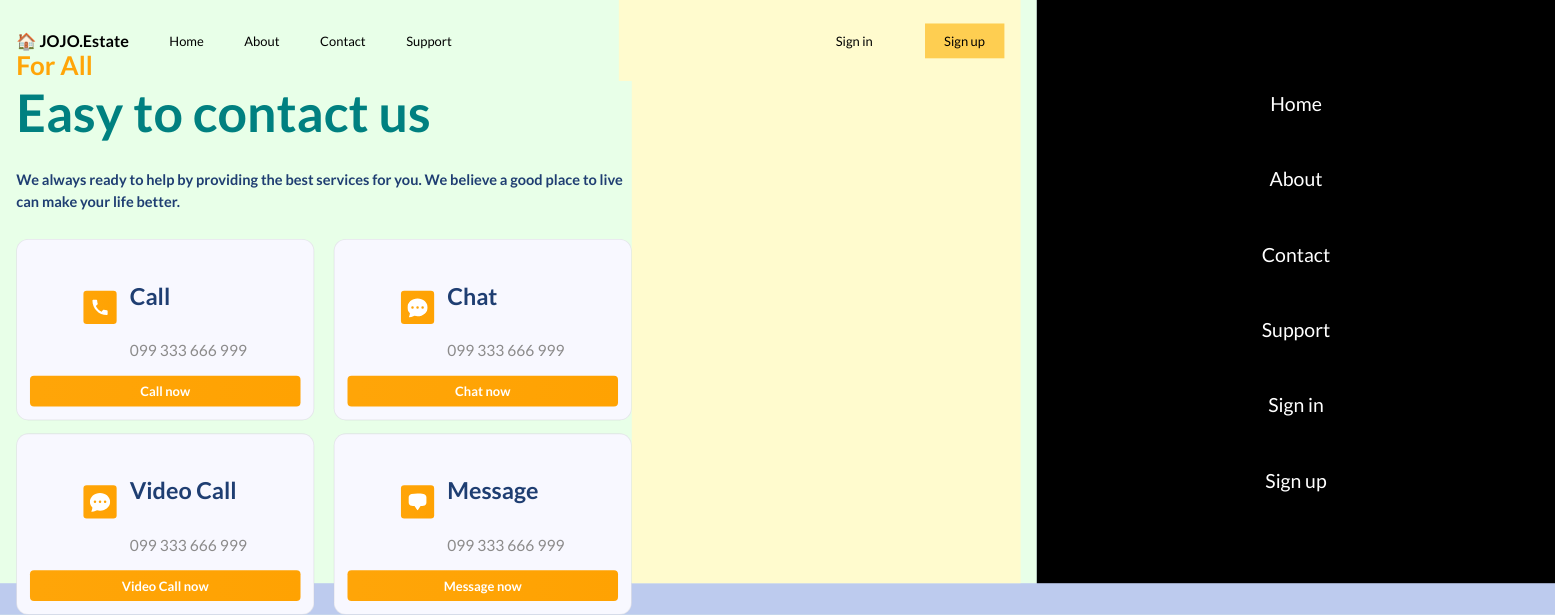
Repository: AiTrinh303/JOJO-estate
Page: /contact (app in client/)
These files come from the project's save history. The page is drawn as it stood at one moment and after a run of saves; the edit follows.
The browser window is 1280 px wide. The page is 1920 px wide, so the pictures cover 1920 px, including what lies to the right of the window. The pictures show the whole page, at 81% of full size.
The page's requests for data from a server got no answer. The project was rebuilt for these pictures with package versions that can differ from the ones it lists, and the page was loaded fresh each time. No one was signed in, and anything a server would have sent is missing. Also part of the build but not shown: client/vite.config.js, client/src/components/searchBar/searchBar.scss, client/src/components/searchBar/SearchBar.jsx, client/src/routes/homePage/homePage.scss, client/src/routes/homePage/homePage.jsx, client/src/routes/listPage/listPage.scss, client/src/components/filter/filter.scss, client/src/components/filter/Filter.jsx and 30 more. Imported but missing from the stored project, and not drawn on this page: client/src/components/uploadWidget/UploadWidget.

Above is the page before, as saved 2024-10-15 20:25:15.

### client/index.html
<!DOCTYPE html>
<html lang="en">
  <head>
    <meta charset="UTF-8" />
    <link rel="icon" type="image/svg+xml" href="/logo.png" />
    <meta name="viewport" content="width=device-width, initial-scale=1.0" />
    <title>🏠JOJO Estate App</title>
    <meta name="description" content="Buy, Sell and Rent Properties" />
    <link
      href="https://fonts.googleapis.com/css2?family=Lato:ital,wght@0,100;0,300;0,400;0,700;0,900;1,100;1,300;1,400;1,700;1,900&display=swap"
      rel="stylesheet"
    />
  </head>
  <body>
    <div id="root"></div>
    <script type="module" src="/src/main.jsx"></script>
  </body>
</html>

### client/src/App.jsx
import { createBrowserRouter, RouterProvider } from "react-router-dom";
import { Layout, RequireAuth } from "./routes/layout/layout";
import HomePage from "./routes/homePage/homePage";
import ListPage from "./routes/listPage/listPage";
import SinglePage from "./routes/singlePage/singlePage";
import ProfilePage from "./routes/profilePage/profilePage";
import Login from "./routes/login/login";
import Register from "./routes/register/register";
import ProfileUpdatePage from "./routes/profileUpdatePage/profileUpdatePage";
import NewPostPage from "./routes/newPostPage/newPostPage";
import NotFoundPage from "./routes/notFoundPage/notFoundPage";
import { listPageLoader, profilePageLoader, singlePageLoader } from "./lib/loaders";
import AboutPage from "./routes/aboutPage/aboutPage";
import ContactPage from "./routes/contactPage/contactPage";

function App() {
  const router = createBrowserRouter([
    {
      path: "/",
      element: <Layout />,
      children: [
        {
          path: "/",
          element: <HomePage />,
        },
        {
          path: "/about",
          element: <AboutPage />,
        },
        {
          path: "/contact",
          element: <ContactPage />,
        },
        {
          path: "/list",
          element: <ListPage />,
          loader: listPageLoader,
        },
        {
          path: "/:id",
          element: <SinglePage />,
          loader: singlePageLoader,
        },
        {
          path: "/login",
          element: <Login />,
        },
        {
          path: "/register",
          element: <Register />,
        }
      ],
    },
    {
      path: "/",
      element: <RequireAuth />,
      children: [
        {
          path: "/profile",
          element: <ProfilePage />,
          loader: profilePageLoader
        },
        {
          path: "/profile/update",
          element: <ProfileUpdatePage />,
        },
        {
          path: "/add",
          element: <NewPostPage />,
        },
      ],
    },
    {
      path: "*",
      element: <NotFoundPage />,
    }
  ]);

  return <RouterProvider router={router} />;
}

export default App;

### client/src/index.scss
*{
  padding: 0;
  margin: 0;
  box-sizing: border-box;
}

a {
  text-decoration: none;
  color: inherit;
}

body{
  font-family: "Lato", sans-serif;
  overflow: hidden;
  background-color: #bdcbee;

}

### client/src/context/AuthContext.jsx
import { createContext, useEffect, useState } from "react";

export const AuthContext = createContext();

export const AuthContextProvider = ({ children }) => {
  const [currentUser, setCurrentUser] = useState(JSON.parse(localStorage.getItem("user")) || null );

  const updateUser = (data) => {
    setCurrentUser(data);
  };

  useEffect(() => {
    localStorage.setItem("user", JSON.stringify(currentUser));
  }, [currentUser]);

  return (
    <AuthContext.Provider value={{ currentUser,updateUser }}>
      {children}
    </AuthContext.Provider>
  );
};

### client/src/context/SocketContext.jsx
import { createContext, useContext, useEffect, useState } from "react";
import { io } from "socket.io-client";
import { AuthContext } from "./AuthContext";

export const SocketContext = createContext();

export const SocketContextProvider = ({ children }) => {
  const { currentUser } = useContext(AuthContext);
  const [socket, setSocket] = useState(null);

  useEffect(() => {
    setSocket(io("http://localhost:4444"));
  }, []);

  useEffect(() => {
    currentUser && socket?.emit("newUser", currentUser.id);
  }, [currentUser, socket]);

  return (
    <SocketContext.Provider value={{ socket }}>
      {children}
    </SocketContext.Provider>
  );
};

### client/src/routes/layout/layout.jsx
import "./layout.scss";
import Navbar from "../../components/navbar/Navbar";
import { Navigate, Outlet } from "react-router-dom";
import { useContext } from "react";
import { AuthContext } from "../../context/AuthContext";

function Layout() {
  return (
    <div className="layout">
      <div className="navbar">
        <Navbar />
      </div>
      <div className="content">
        <Outlet />
      </div>
    </div>
  );
}

function RequireAuth() {
  const { currentUser } = useContext(AuthContext);

  if (!currentUser) return <Navigate to="/login" />;
  else {
    return (
      <div className="layout">
        <div className="navbar">
          <Navbar />
        </div>
        <div className="content">
          <Outlet />
        </div>
      </div>
    );
  }
}

export { Layout, RequireAuth };

### client/src/lib/loaders.js
import { defer } from "react-router-dom";
import apiRequest from "./apiRequest";

export const singlePageLoader = async ({ request, params }) => {
  const res = await apiRequest("/posts/" + params.id);
  return res.data;
};

export const listPageLoader = async ({ request, params }) => {
  // console.log(request)
  const query = request.url.split("?")[1];
  const postPromise = apiRequest("/posts?" + query);
  return defer({
    postResponse: postPromise,
  });
};

export const profilePageLoader = async () => {
  const postPromise = apiRequest("/users/profilePosts");
  const chatPromise = apiRequest("/chats");
  return defer({
    postResponse: postPromise,
    chatResponse: chatPromise,
  });
};

### client/src/routes/contactPage/contactPage.jsx
import './contactPage.scss'
import { MdCall } from "react-icons/md";
import { BsFillChatDotsFill } from "react-icons/bs";
import { HiChatBubbleBottomCenter } from 'react-icons/hi2'
import { useState } from 'react';

const ContactPage = () => {

  const [openForm, setOpenForm] = useState(false)

  return (
    <div className="contactPage">
      <div className="textContainer">
        <h3 >For All</h3>
        <h1 >Easy to contact us</h1>
        <span className="secondaryText">
            We always ready to help by providing the best services for you.
            We believe a good place to live can make your life better.
        </span>

        <div className="contactContainer">
            {/* first row */}
            <div className="row">
              <div className="mode">
                <div className="flexStart">
                  <div className="icon">
                    <MdCall size={25} />
                  </div>
                  <div className="detail">
                    <span className="primaryText">Call</span>
                    <span className="secondaryText">099 333 666 999</span>
                  </div>
                </div>
                <div className="button">Call now</div>
              </div>

              <div className="mode">
                <div className="flexStart">
                  <div className="icon">
                    <BsFillChatDotsFill size={25} />
                  </div>
                  <div className="detail">
                    <span className="primaryText">Chat</span>
                    <span className="secondaryText">099 333 666 999</span>
                  </div>
                </div>
                <div className="button">Chat now</div>
              </div>
            </div>

            {/* second row */}
            <div className="row">
              <div className="mode">
                <div className="flexStart">
                  <div className="icon">
                    <BsFillChatDotsFill size={25} />
                  </div>
                  <div className="detail">
                    <span className="primaryText">Video Call</span>
                    <span className="secondaryText">099 333 666 999</span>
                  </div>
                </div>
                <div className="button">Video Call now</div>
              </div>

              <div className="mode">
                <div className="flexStart">
                  <div className="icon">
                    <HiChatBubbleBottomCenter size={25} />
                  </div>
                  <div className="detail">
                    <span className="primaryText">Message</span>
                    <span className="secondaryText">099 333 666 999</span>
                  </div>
                </div>
                <div className="button" onClick={()=> {setOpenForm(true)}}>Message now</div>
              </div>
            </div>
          </div>


      </div>

      <div className="imgContainer">
        <img src="/contact.png" alt="Contact" />
      </div>
    </div>
  )
}

export default ContactPage

### client/src/routes/layout/layout.scss
@import "../../responsive.scss";

.layout {
  height: 100vh;
  max-width: 1366px;
  margin-left: auto;
  margin-right: auto;
  padding-left: 20px;
  padding-right: 20px;
  background: rgb(232, 255, 232);

  @include lg {
    max-width: 1280px;
  }

  @include md {
    max-width: 768px;
  }

  @include sm {
    max-width: 640px;
  }

  .content {
    // flex: 1;
    height: calc(100vh - 100px);
  }
}

### client/src/components/navbar/Navbar.jsx
import { useContext, useState } from "react";
import "./navbar.scss";
import { Link } from "react-router-dom";
import { AuthContext } from "../../context/AuthContext";
import { useNotificationStore } from "../../lib/notificationStore";

function Navbar() {
  const [open, setOpen] = useState(false);

  const { currentUser } = useContext(AuthContext);

  const fetch = useNotificationStore((state) => state.fetch);
  const number = useNotificationStore((state) => state.number);

  if(currentUser) fetch();

  return (
    <nav>
      <div className="left">
        <Link to="/" className="logo">
          <span>🏠 JOJO.Estate</span>
        </Link>
        <Link to="/">Home</Link>
        <Link to="/about">About</Link>
        <Link to="/contact">Contact</Link>
        <a href="/">Support</a>
      </div>

      <div className="right">
        {currentUser ? (
          <div className="user">
            <img src={currentUser.avatar || "/noavatar.jpg"} alt="avatar" />
            <span>{currentUser.username}</span>
            <Link to="/profile" className="profile">
              {number > 0 && <div className="notification">{number}</div>}
              <span>Profile</span>
            </Link>
          </div>
        ) : (
          <>
            <Link to="/login">Sign in</Link>
            <Link to="/register" className="register">
              Sign up
            </Link>
          </>
        )}

            <div className="menuIcon">
                <img
                  src="/menu.png"
                  alt="menu"
                  onClick={() => setOpen((prev) => !prev)}/>
            </div>

        <div className={open ? "menu active" : "menu"}>
          <Link to="/">Home</Link>
          <Link to="/about">About</Link>
          <Link to="/contact">Contact</Link>
          <a href="/">Support</a>
          <Link to="/login">Sign in</Link>
          <Link to="/register">Sign up</Link>
        </div>

      </div>
    </nav>
  );
}

export default Navbar;

### client/src/lib/apiRequest.js
import axios from "axios";


const apiRequest = axios.create({
  baseURL: "http://localhost:8888/api",
  withCredentials: true,
});

export default apiRequest;

### client/src/routes/contactPage/contactPage.scss
@import "../../responsive.scss";

.contactPage{
    display: flex;
    height: 100%;

    .textContainer {
      flex: 3;
      display: flex;
      flex-direction: column;
      justify-content: center;
      align-items: flex-start;

      h1{
        font-size: 64px;
        color: #008080;
        animation: slide-in 2s ease-in-out;
      }

      h3 {
        color : #FFA508;
        font-size: 32px;
      }

      span {
        color: #1f3e72;
        font-weight: bold;
        font-size: 18px;
        line-height: 1.5;
        margin-top: 2rem;
       }

      .contactContainer{
        display: flex;
        flex-direction: column;
        justify-content: center;
        align-items: flex-start;
        margin-top: 2rem;
        gap: 1rem;

        .row{
            display: flex;
            justify-content: flex-start;
            align-items: center;
            gap: 1.5rem;

            .mode{
                display: flex;
                justify-content: center;
                align-items: center;
                flex-direction: column;
                width: 23rem;
                padding: 1rem;
                border: 0.8px solid rgba(115, 114, 114, 0.143);
                border-radius: 15px;
                gap: 1rem;
                transition: all 300ms ease-in;
                background: #f8f8ff;

                .flexStart{
                    display: flex;
                    justify-content: flex-start;
                    align-items: center;
                    gap: 1rem;

                    .icon {
                        display: flex;
                        justify-content: center;
                        align-items: center;
                        color: white;
                        background: linear-gradient(97.05deg, #FFA508 3.76%, #ffa202 100%);
                        border: none;
                        border-radius: 4px;
                        padding: 8px;
                    }
                    .detail{
                        display: flex;
                        flex-direction: column;
                        .primaryText {
                            color: #1f3e72;
                            font-weight: bold;
                            font-size: 1.8rem;
                          }

                        .secondaryText {
                            color: rgb(140 139 139);
                            font-size: 1.2rem;
                            font-weight: 500;
                          }
                    }
                }
                .button{
                    display: flex;
                    justify-content: center;
                    align-items: center;
                    width: 100%;
                    padding: 0.6rem 1.4rem;
                    color: white;
                    font-weight: 700;
                    background: linear-gradient(97.05deg, #FFA508 3.76%, #ffa202 100%);
                    border: none;
                    border-radius: 5px;
                    transition: all 300ms ease-in;

                    &:hover {
                        background: white;
                        color: #FFA508;
                        border: 1px solid #FFA508;
                        font-weight: 900;
                    }
                }
            }

        }
      }
    }

    .imgContainer {
        flex: 2;
        background-color: #fffbce;
        position: relative;
        display: flex;
        align-items: center;

        @include md {
          display: none;
        }

        img {
          width: 100%;
          position: absolute;
          border-top-left-radius: 250px;
          border-top-right-radius: 250px;
          border: 8px solid rgb(232 232 232 / 93%);
          right: -5px;
          opacity: 0;
          animation: fade-in-slide-up 2s ease-in-out forwards;

          @include lg {
            width: 85%;
          }
        }
    }

}

### client/src/responsive.scss
@mixin sm {
  @media (max-width: 738px) {
    @content;
  }
};

@mixin md {
  @media (max-width: 1024px) {
    @content;
  }
};

@mixin lg {
  @media (max-width: 1366px) {
    @content;
  }
};

### client/src/components/navbar/navbar.scss
@import "../../responsive.scss";

nav {
  height: 100px;
  display: flex;
  justify-content: space-between;
  align-items: center;

  a {
    transition: all 0.4s ease;

    @include sm {
      display: none;
    }

    &:hover {
      scale: 1.08;
    }
  }

  .left {
    flex: 3;
    display: flex;
    align-items: center;
    gap: 50px;

    .logo {
      font-weight: bold;
      font-size: 20px;
      display: flex;
      align-items: center;
      gap: 3px;

      span {
        @include md {
          display: none;
        }

        @include sm {
          display: initial;
        }
      }
    }
  }
  .right {
    flex: 2;
    display: flex;
    align-items: center;
    justify-content: flex-end;
    background-color: #fffbce;
    ;
    height: 100%;

    @include md {
      background-color: transparent;
    }

    a {
      padding: 12px 24px;
      margin: 20px;
    }

    .user{
      display: flex;
      align-items: center;
      font-weight: bold;

      img{
        width: 40px;
        height: 40px;
        border-radius: 50%;
        object-fit: cover;
        margin-right: 20px;
      }

      span{
        @include sm{
          display: none;
        }
      }

      .profile{
        padding: 12px 24px;
        background-color: #fece51;
        cursor: pointer;
        border: none;
        position: relative;

        .notification{
          position: absolute;
          top: -8px;
          right: -8px;
          background-color: red;
          color: white;
          border-radius: 50%;
          width: 26px;
          height: 26px;
          display: flex;
          align-items: center;
          justify-content: center;
        }

      }
    }

    .register {
      background-color: #fece51;
    }

    .menuIcon {
      display: none;
      z-index: 999;

      img {
        width: 36px;
        height: 36px;
        cursor: pointer;
      }

      @include sm {
        display: inline;
      }
    }

    .menu {
      position: absolute;
      top: 0;
      right: -50%;
      background-color: black;
      color: white;
      height: 100vh;
      width: 50%;
      transition: all 1s ease;
      display: flex;
      flex-direction: column;
      align-items: center;
      justify-content: center;
      font-size: 24px;

      &.active {
        right: 0;
      }

      @include sm {
        a {
          display: initial;
        }
      }
    }
  }
}

### client/src/components/contactForm/contactForm.jsx
import React from 'react'

const ContactForm = () => {
  return (
    <div className='container'>
        <div className='wrap'>
            <h1>Contact Form</h1>
            <p> Feel free to reach out to us for any questions! </p>
        </div>
        <form>
            <div>Email Me 🚀</div>
            <input placeholder="Your Email" name="user_email" />
            <input placeholder="Your Name" name="user_name" />
            <textarea placeholder="Message" name="message" rows={8} ></textarea>
            <input type="submit" value="Send" />
        </form>

    </div>
  )
}

export default ContactForm

Loaded but not shown: client/src/main.jsx (common file); client/src/lib/accordion.jsx (common file); client/src/lib/notificationStore.js (common file)

After the next 5 saves:
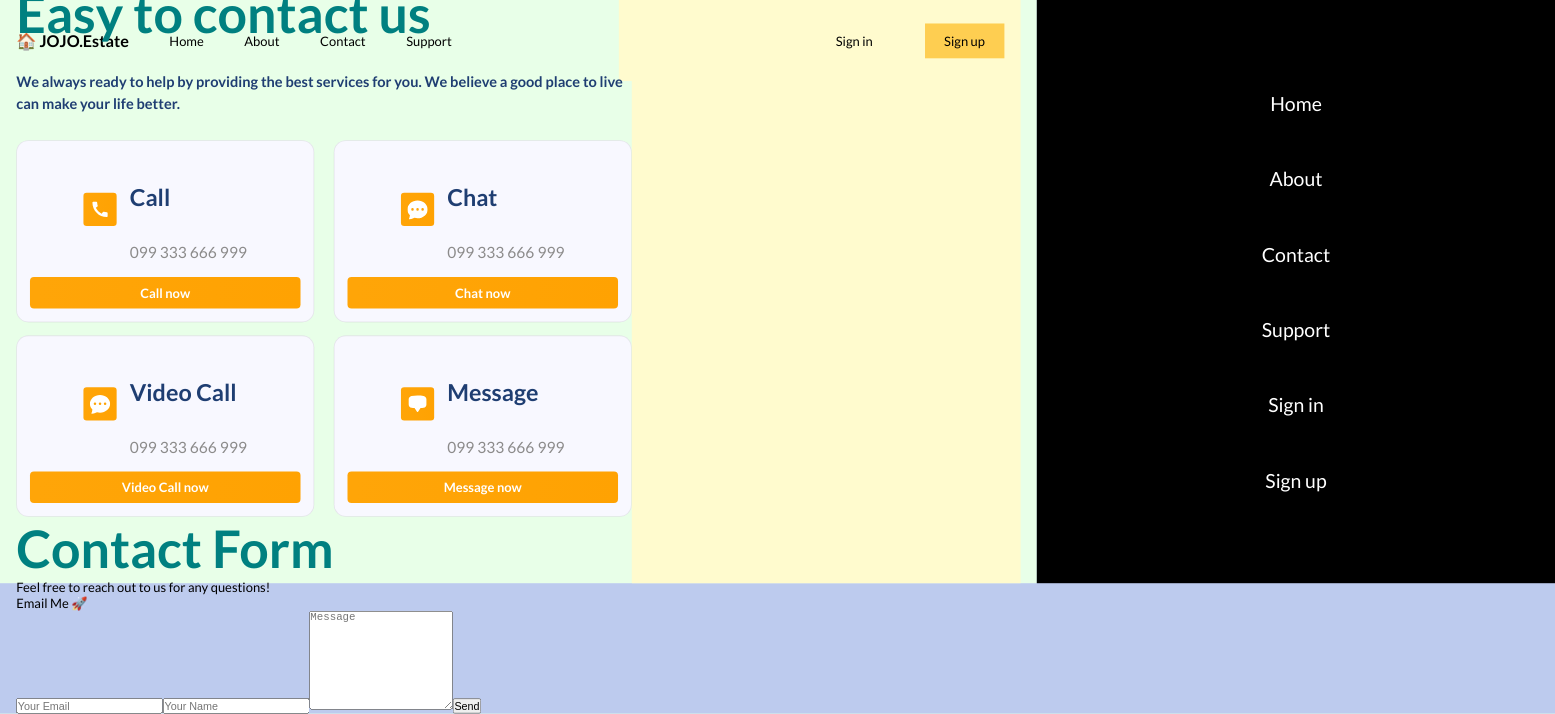
The 5 saves are shown as one change because they came seconds apart.
The last was saved 13 s later.
--- a/client/src/routes/contactPage/contactPage.jsx
+++ b/client/src/routes/contactPage/contactPage.jsx
@@ -3,6 +3,7 @@
 import { BsFillChatDotsFill } from "react-icons/bs";
 import { HiChatBubbleBottomCenter } from 'react-icons/hi2'
 import { useState } from 'react';
+import ContactForm from '../../components/contactForm/contactForm';
 
 const ContactPage = () => {
 
@@ -78,7 +79,7 @@
             </div>
           </div>
 
-
+          <ContactForm />
       </div>
 
       <div className="imgContainer">

After the 3 saves that followed:
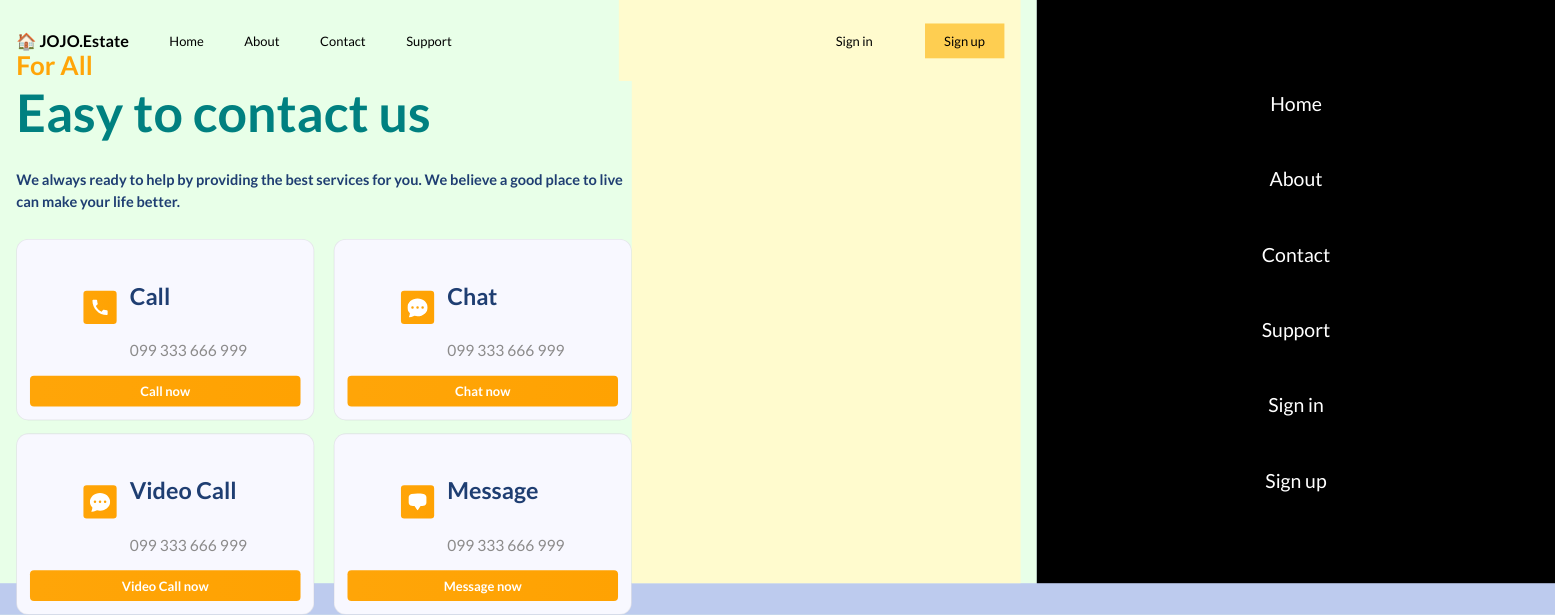
The 3 saves are shown as one change because 1 left the picture as it was and some came seconds apart.
The last was saved 2 min 27 s later.
--- a/client/src/routes/contactPage/contactPage.jsx
+++ b/client/src/routes/contactPage/contactPage.jsx
@@ -79,7 +79,8 @@
             </div>
           </div>
 
-          <ContactForm />
+          {/* Conditionally render ContactForm based on openForm state */}
+          {openForm && <ContactForm closeForm={() => setOpenForm(false)} />}
       </div>
 
       <div className="imgContainer">
